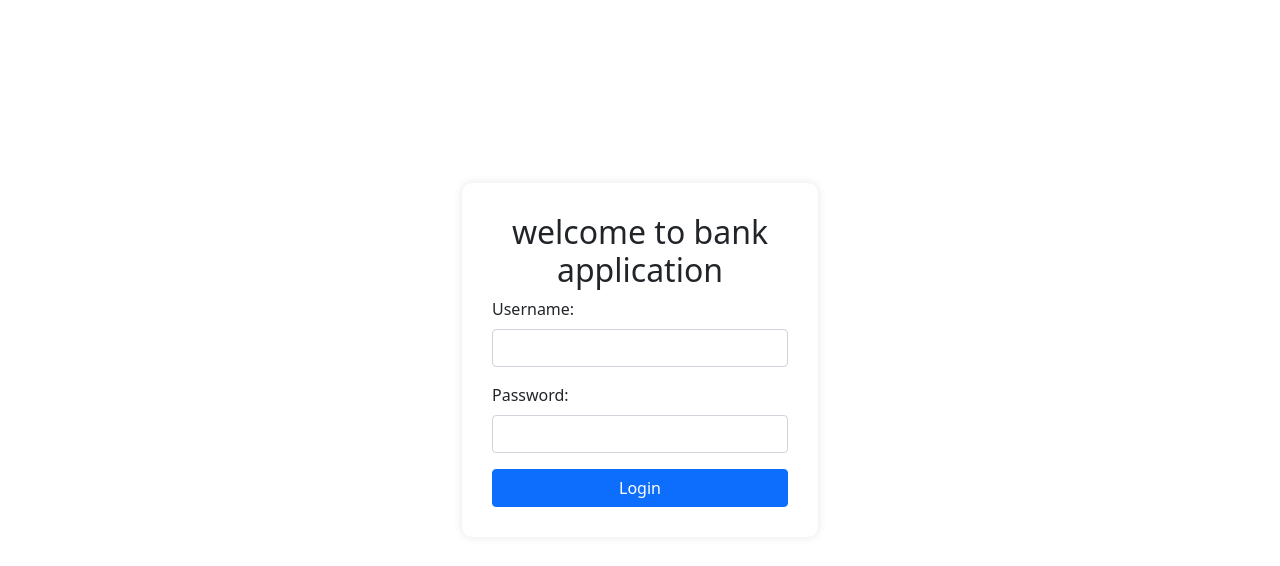
Repository: RMVLajaykumar/monojavaee
Page: http://localhost/13-bankapplication-demo/login.jsp
The author's editor kept a copy of each file at every save. The page is drawn from the files as they stood at one save, then again after the next save.
The browser window is 1280 px wide. The pictures show the whole page.
The page is served by Tomcat 9. Nobody is signed in. The application's start-up code is not run.

Above is the page before, as saved 2024-07-19 16:21:58.

After the next save:
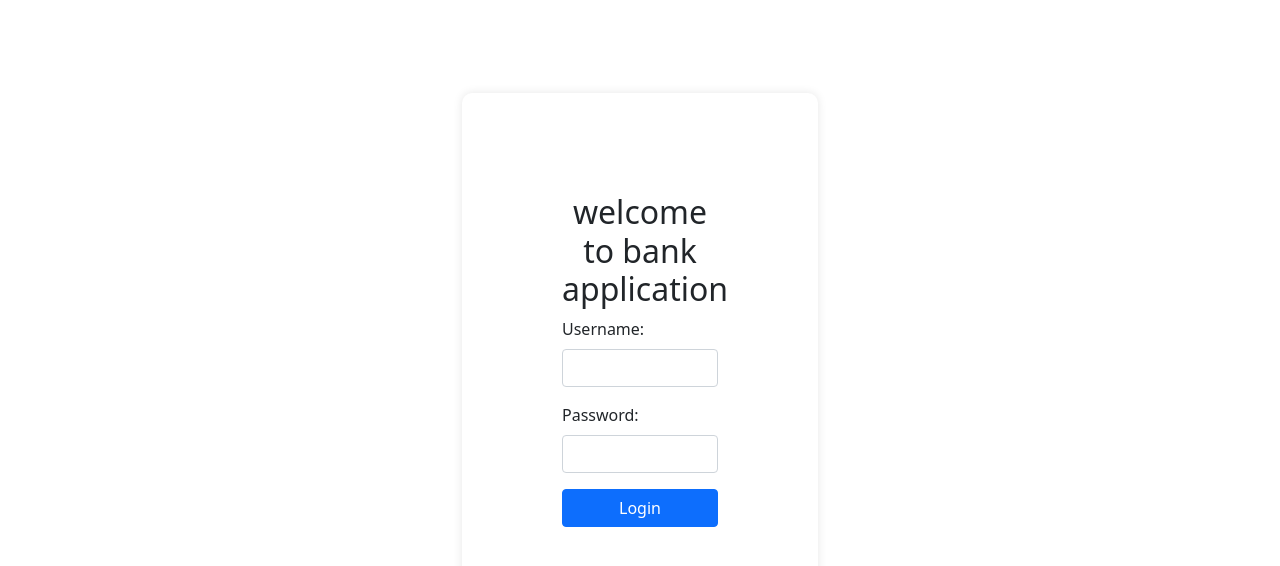
Saved 11 s later.
--- a/13-bankapplication-demo/WebContent/login.jsp
+++ b/13-bankapplication-demo/WebContent/login.jsp
@@ -26,7 +26,7 @@
     }
     .login-form {
         background: white;
-        padding: 30px;
+        padding: 100px;
         border-radius: 10px;
         box-shadow: 0 0 10px rgba(0, 0, 0, 0.1);
     }
